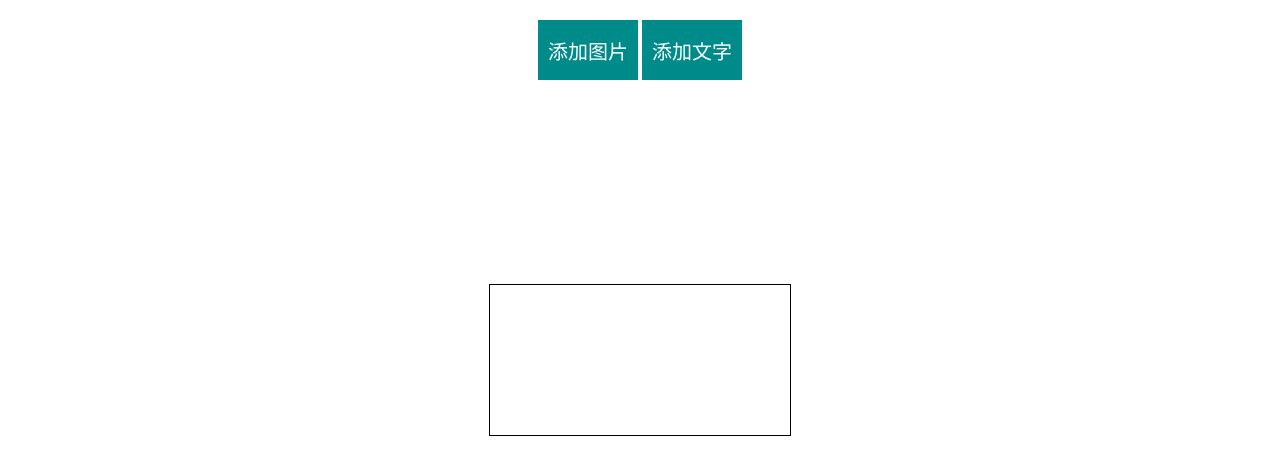
Repository: Xekin-FE/canvas-image-editor
Page: index.html
These files come from the project's save history. The page is drawn as it stood at one moment and after the next save; the edit follows.
The browser window is 1280 px wide. The pictures show the whole page.

Above is the page before, as saved 2018-12-14 16:13:13.

### index.html
<!DOCTYPE html>
<html lang="en">
<head>
    <meta charset="UTF-8">
    <meta name="viewport" content="width=device-width, initial-scale=1.0">
    <meta http-equiv="X-UA-Compatible" content="ie=edge">
    <title>小程序</title>
</head>
<link rel="stylesheet" href="./static/css/main.css">
<body>
    <div id="app">
        <canvas id="main"></canvas>
        <div class="components">
            <button onclick="addImage();">添加图片</button>
            <button onclick="addText();">添加文字</button>
        </div>
    </div>
    <script src="canvas.min.js"></script>
    <script>
        let can = document.getElementById('main');
        let canvas = new Canvas(can)
        const addImage = () => {
            canvas.createImage('./static/image/test1.jpg')
        };
        const addText = () => {
            canvas.createText()
        };
    </script>
</body>
</html>
<!-- var c = document.getElementById("myCanvas");
c.width=img.width;
c.height=img.height;
var cxt = c.getContext("2d");
cxt.fillStyle = "rgba(255, 255, 255, 0)";
cxt.fillRect(0, 0, c.width, c.height);
cxt.drawImage(img,0,0);
cxt.save();
cxt.font = fsz+"px Arial";
cxt.textBaseline = 'middle';//更改字号后，必须重置对齐方式，否则居中麻烦。设置文本的垂直对齐方式
cxt.textAlign = 'center';
var tw = cxt.measureText(text).width;
var ftop = 2 * c.height/3-5;
var fleft = c.width/2;
cxt.fillStyle="#ff0000";
cxt.fillRect(fleft-tw/2,ftop-fsz/2,tw,fsz);//矩形在画布居中方式
cxt.fillStyle="#ffffff";
cxt.fillText(text,fleft,ftop);//文本元素在画布居中方式
cxt.strokeStyle = 'white';
cxt.strokeText(text,fleft,ftop);//文字边框 -->

### static/css/main.css
*{
    padding: 0;
    margin: 0;
}
html,body{
    height: 100%;
}
#app{
    width: 100vw;
    height: 100%;
    position: relative;
}
#app #main{
    border: 1px solid #000;
    position: absolute;
    top: 50%;left: 50%;
    transform: translate(-50%,-50%);
}
#app .components{
    text-align: center;
    padding: 20px;
}
#app .components button{
    width: 100px;
    height: 60px;
    font-size: 20px;
    background: darkcyan;
    color: #fff;
    border: 0;
    outline: none;
}

### canvas.min.js
class Base {
    constructor(opt){
        this.x = opt.x
        this.y = opt.y
        this.zIndex = opt.zIndex //图层
        this.rotate = opt.rotate
        this.opacity = 1
    }
    dragUpdate(start, end){
    // 位置更新
    }
    scaleUpdate(start, end){
    // 缩放更新
    // 角度处理
    // 放大处理
    }
    opacityUpdate(value){
        this.opacity = value
    }
};

class Text extends Base{
    constructor(opt){
        super(opt)
        this.content = '点击编辑文字'
        this.fontSize = '20px'
        this.fontWeight = '400'
        this.fontColor = '#fff'
        this.fontFamily = 'Microsoft Yahei'
        this.isFillBg = false
    }
    initUpdate(){

    }
    update(property, value){
        //一次操作只能更改一种属性
        this[property] = value
    }
};

class Canvas {
    constructor(obj){
        this.author = 'Xekin'
        this.can = obj
        this.ctx = obj.getContext('2d')
        this.img = new Image()
    }
    createText(){
        console.log('createText')
        var a = new Text()
        a.initUpdate()
    }
    createImage(src){
        console.log('createImage')
        this.img.src = src;
        let maxHeight = 600;
        let maxWidth = 360;
        this.img.onload = () => {
            let imgwidth = this.img.width / this.img.height > 1 ? maxWidth : maxHeight/this.img.height*this.img.width;
            let imgheight = this.img.width / this.img.height > 1 ? maxWidth/this.img.width*this.img.height : maxHeight;
            this.can.width = imgwidth;
            this.can.height = imgheight;
            this.ctx.drawImage(this.img, 0, 0, imgwidth, imgheight);
            this.ctx.save();
        }
    }
};

After the next save:
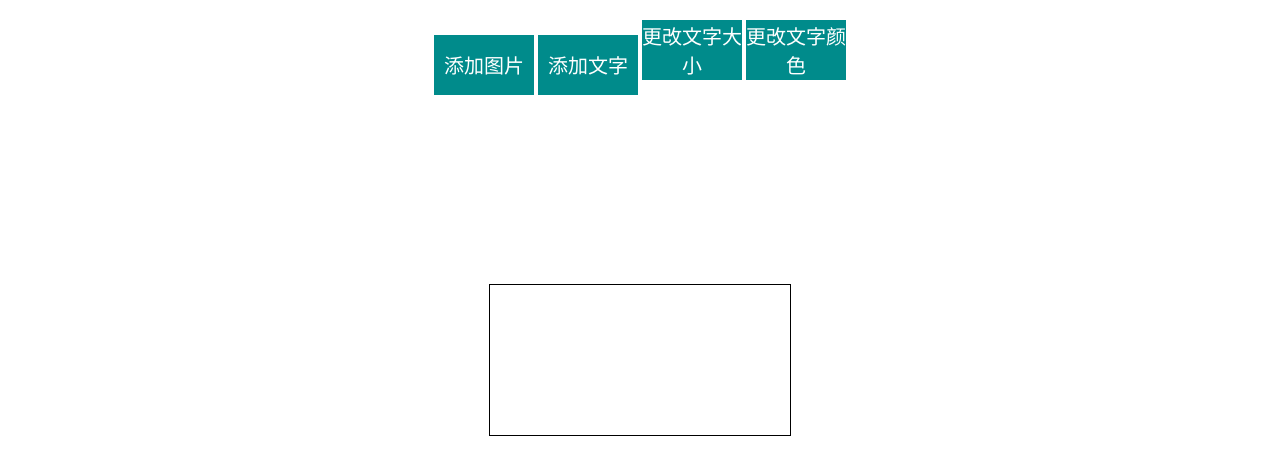
Saved 4 min 24 s later.
--- a/index.html
+++ b/index.html
@@ -13,6 +13,8 @@
         <div class="components">
             <button onclick="addImage();">添加图片</button>
             <button onclick="addText();">添加文字</button>
+            <button onclick="changeTextSize();">更改文字大小</button>
+            <button onclick="changeTextColor();">更改文字颜色</button>
         </div>
     </div>
     <script src="canvas.min.js"></script>
@@ -25,6 +27,12 @@
         const addText = () => {
             canvas.createText()
         };
+        const changeTextColor = () => {
+            console.log('changeTextColor')
+        }
+        const changeTextSize = () => {
+            console.log('changeTextSize')
+        }
     </script>
 </body>
 </html>
